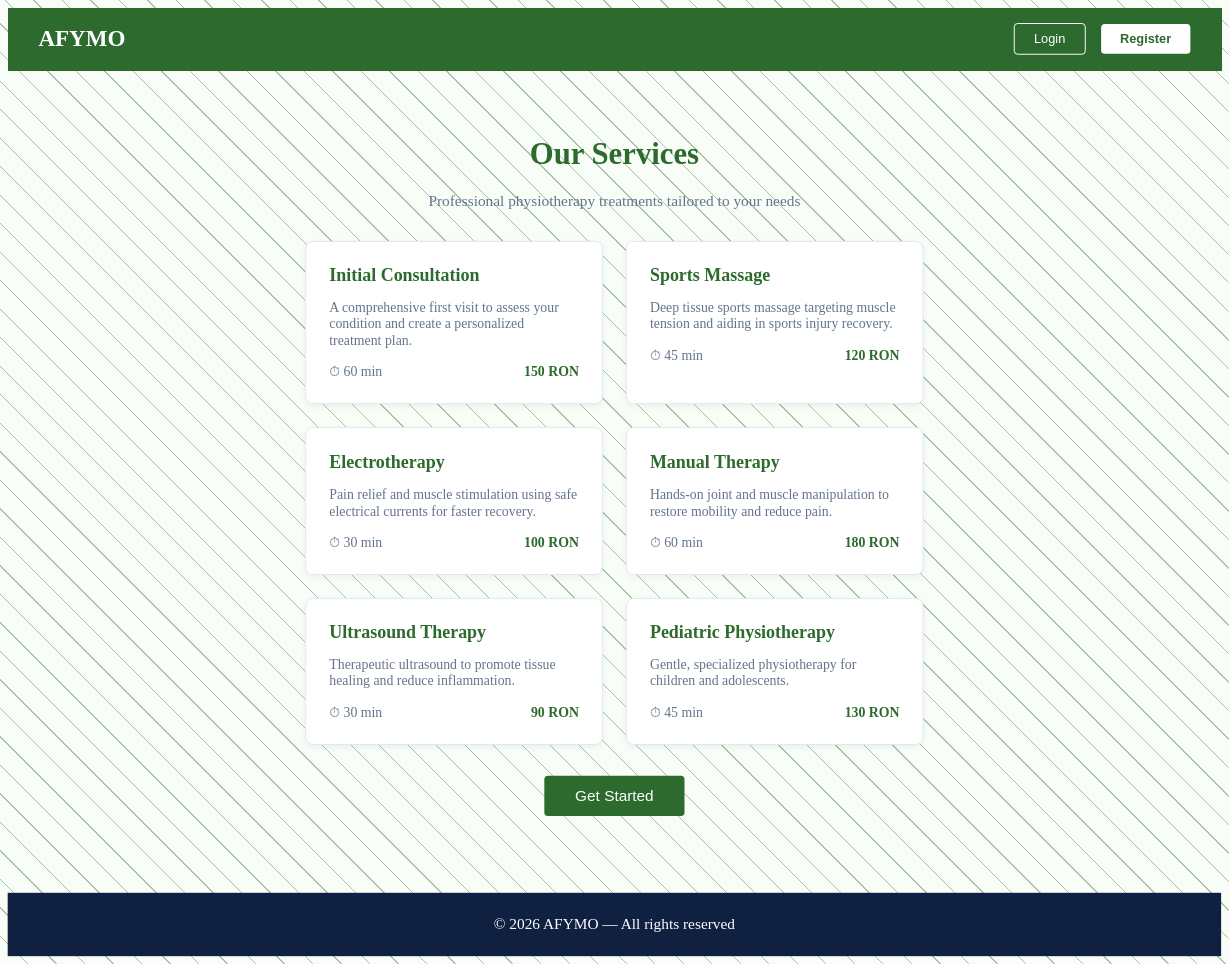
Repository: Bogo02/PhysioApp
Page: /services (app in physioapp-frontend/)
An editor plug-in stored every save of this project. The page is shown before and after the next save, followed by the edit.
The browser window is 1280 px wide. The pictures show the whole page, at 96% of full size.
The project was rebuilt for these pictures with package versions that can differ from the ones it lists, and the page was loaded fresh each time. Also part of the build but not shown: physioapp-frontend/vite.config.js, physioapp-frontend/src/pages/Home.jsx, physioapp-frontend/src/pages/Login.jsx, physioapp-frontend/src/pages/Register.jsx, physioapp-frontend/src/pages/Dashboard.jsx, physioapp-frontend/src/pages/Appointments.jsx, physioapp-frontend/src/pages/BookAppointment.jsx, physioapp-frontend/src/pages/Profile.jsx and 2 more.

Above is the page before, as saved 2026-06-05 09:55:41.

### physioapp-frontend/index.html
<!doctype html>
<html lang="en">
  <head>
    <meta charset="UTF-8" />
    <link rel="icon" type="image/svg+xml" href="/favicon.svg" />
    <meta name="viewport" content="width=device-width, initial-scale=1.0" />
    <title>physioapp-frontend</title>
  </head>
  <body>
    <div id="root"></div>
    <script type="module" src="/src/main.jsx"></script>
  </body>
</html>

### physioapp-frontend/src/main.jsx
import { StrictMode } from 'react'
import { createRoot } from 'react-dom/client'
import './index.css'
import App from './App.jsx'

createRoot(document.getElementById('root')).render(
  <StrictMode>
    <App />
  </StrictMode>
)

### physioapp-frontend/src/index.css
body {
  background-color: #f8fdf8;
  background-image: repeating-linear-gradient(
    45deg,
    transparent,
    transparent 20px,
    rgba(45, 106, 45, 0.4) 20px,
    rgba(45, 106, 45, 0.4) 21px
  );
}

### physioapp-frontend/src/App.jsx
import { BrowserRouter, Routes, Route } from 'react-router-dom'
import Home from './pages/Home'
import Login from './pages/Login'
import Register from './pages/Register'
import Dashboard from './pages/Dashboard'
import Appointments from './pages/Appointments'
import BookAppointment from './pages/BookAppointment'
import Profile from './pages/Profile'
import Services from './pages/Services'
import TherapistDashboard from './pages/TherapistDashboard'
import AdminPanel from './pages/AdminPanel'

function App() {
  return (
    <BrowserRouter>
      <Routes>
        <Route path="/" element={<Home />} />
        <Route path="/login" element={<Login />} />
        <Route path="/register" element={<Register />} />
        <Route path="/dashboard" element={<Dashboard />} />
        <Route path="/appointments" element={<Appointments />} />
        <Route path="/appointments/book" element={<BookAppointment />} />
        <Route path="/profile" element={<Profile />} />
        <Route path="/services" element={<Services />} />
        <Route path="/therapist" element={<TherapistDashboard/>} />
        <Route path="/admin" element={<AdminPanel/>} />

      </Routes>
    </BrowserRouter>
  )
}

export default App

### physioapp-frontend/src/pages/Services.jsx
import { useState } from 'react'
import { useNavigate } from 'react-router-dom'

function Services() {
  const navigate = useNavigate()
  const [token] = useState(localStorage.getItem('token'))

  const services = [
    { name: 'Initial Consultation', duration: 60, price: 150, desc: 'A comprehensive first visit to assess your condition and create a personalized treatment plan.' },
    { name: 'Sports Massage', duration: 45, price: 120, desc: 'Deep tissue sports massage targeting muscle tension and aiding in sports injury recovery.' },
    { name: 'Electrotherapy', duration: 30, price: 100, desc: 'Pain relief and muscle stimulation using safe electrical currents for faster recovery.' },
    { name: 'Manual Therapy', duration: 60, price: 180, desc: 'Hands-on joint and muscle manipulation to restore mobility and reduce pain.' },
    { name: 'Ultrasound Therapy', duration: 30, price: 90, desc: 'Therapeutic ultrasound to promote tissue healing and reduce inflammation.' },
    { name: 'Pediatric Physiotherapy', duration: 45, price: 130, desc: 'Gentle, specialized physiotherapy for children and adolescents.' },
  ]

  return (
    <div>
      <nav style={{
        display: 'flex', justifyContent: 'space-between', alignItems: 'center',
        padding: '1rem 2rem', background: '#2d6a2d', color: 'white',
        position: 'sticky', top: 0, zIndex: 100
      }}>
        <h2 style={{ margin: 0, cursor: 'pointer' }} onClick={() => navigate('/')}>AFYMO</h2>
        <div style={{ display: 'flex', gap: '1rem', alignItems: 'center' }}>
          {token ? (
            <>
              <button onClick={() => navigate('/dashboard')} style={{
                padding: '0.5rem 1.25rem', background: 'transparent', color: 'white',
                border: '1px solid white', borderRadius: '4px', cursor: 'pointer'
              }}>Dashboard</button>
              <button onClick={() => { localStorage.clear(); navigate('/') }} style={{
                padding: '0.5rem 1.25rem', background: 'white', color: '#2d6a2d',
                border: 'none', borderRadius: '4px', cursor: 'pointer', fontWeight: 'bold'
              }}>Logout</button>
            </>
          ) : (
            <>
              <button onClick={() => navigate('/login')} style={{
                padding: '0.5rem 1.25rem', background: 'transparent', color: 'white',
                border: '1px solid white', borderRadius: '4px', cursor: 'pointer'
              }}>Login</button>
              <button onClick={() => navigate('/register')} style={{
                padding: '0.5rem 1.25rem', background: 'white', color: '#2d6a2d',
                border: 'none', borderRadius: '4px', cursor: 'pointer', fontWeight: 'bold'
              }}>Register</button>
            </>
          )}
        </div>
      </nav>

      <div style={{ padding: '3rem 2rem', maxWidth: '900px', margin: '0 auto' }}>
        <h1 style={{ color: '#2d6a2d', textAlign: 'center' }}>Our Services</h1>
        <p style={{ textAlign: 'center', color: '#64748b', marginBottom: '2rem' }}>
          Professional physiotherapy treatments tailored to your needs
        </p>
        <div style={{ display: 'flex', flexWrap: 'wrap', gap: '1.5rem', justifyContent: 'center' }}>
          {services.map((s, i) => (
            <div key={i} style={{
              background: 'white', border: '1px solid #e2e8f0', borderRadius: '8px',
              padding: '1.5rem', width: '260px', boxShadow: '0 2px 8px rgba(0,0,0,0.06)'
            }}>
              <h3 style={{ color: '#2d6a2d', margin: '0 0 0.5rem' }}>{s.name}</h3>
              <p style={{ color: '#64748b', fontSize: '0.9rem', marginBottom: '1rem' }}>{s.desc}</p>
              <div style={{ display: 'flex', justifyContent: 'space-between', fontSize: '0.9rem' }}>
                <span style={{ color: '#64748b' }}>⏱ {s.duration} min</span>
                <span style={{ color: '#2d6a2d', fontWeight: 'bold' }}>{s.price} RON</span>
              </div>
            </div>
          ))}
        </div>
        <div style={{ textAlign: 'center', marginTop: '2rem' }}>
          {token ? (
            <button onClick={() => navigate('/appointments/book')} style={{
              padding: '0.75rem 2rem', background: '#2d6a2d', color: 'white',
              border: 'none', borderRadius: '4px', cursor: 'pointer', fontSize: '1rem'
            }}>Book an Appointment</button>
          ) : (
            <button onClick={() => navigate('/register')} style={{
              padding: '0.75rem 2rem', background: '#2d6a2d', color: 'white',
              border: 'none', borderRadius: '4px', cursor: 'pointer', fontSize: '1rem'
            }}>Get Started</button>
          )}
        </div>
      </div>

      <footer style={{
        background: '#0f2040', color: 'white', textAlign: 'center',
        padding: '1.5rem', marginTop: '2rem'
      }}>
        <p style={{ margin: 0 }}>© 2026 AFYMO — All rights reserved</p>
      </footer>
    </div>
  )
}

export default Services

After the next save:
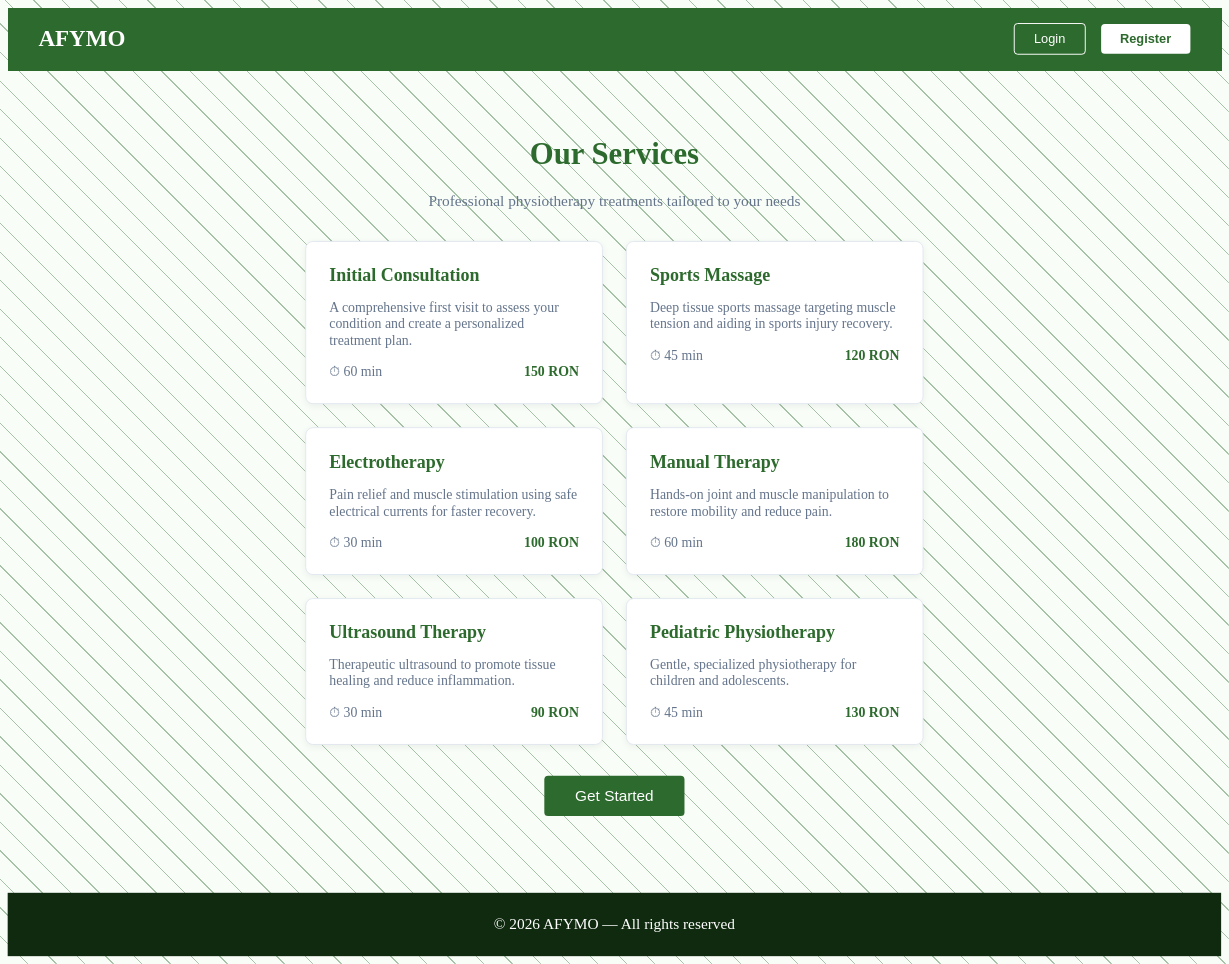
Saved 22 s later.
--- a/physioapp-frontend/src/pages/Services.jsx
+++ b/physioapp-frontend/src/pages/Services.jsx
@@ -85,7 +85,7 @@
       </div>
 
       <footer style={{
-        background: '#0f2040', color: 'white', textAlign: 'center',
+        background: '#0f2a0f', color: 'white', textAlign: 'center',
         padding: '1.5rem', marginTop: '2rem'
       }}>
         <p style={{ margin: 0 }}>© 2026 AFYMO — All rights reserved</p>
